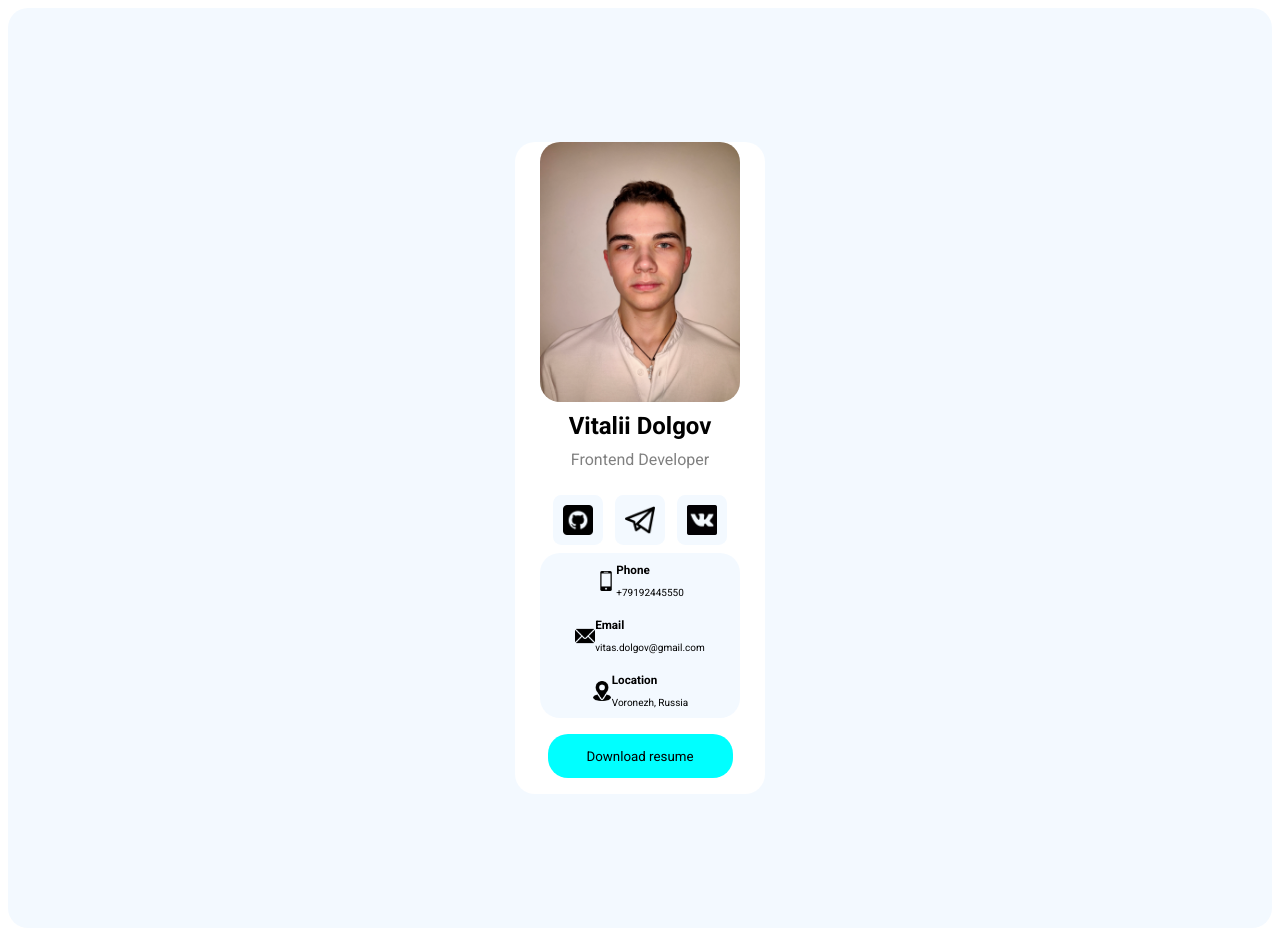
Repository: VitasYo/User_card
Page: src/index.html
The author's editor kept a copy of each file at every save. The page is drawn from the files as they stood at one save, then again after a run of saves.
The browser window is 1280 px wide. The pictures show the whole page.

Above is the page before, as saved 2024-04-09 23:31:32.

### src/index.html
<!DOCTYPE html>
<html lang="ru">
  <head>
    <meta charset="UTF-8" />
    <meta name="viewport" content="width=device-width, initial-scale=1.0" />
    <title>First html</title>
    <link rel="stylesheet" href="../assets/css/index.css" />
    <script src="script.js"></script>
  </head>
  <body>
    <section class="container">
      <div class="container_card">
        <img class="avatar" src="../assets/img/Фото.jpg" alt="" />
        <div class="user-info">
          <h1>Vitalii Dolgov</h1>
          <div class="position">Frontend Developer</div>
        </div>
        <div>
          <a href="#"
            ><img class="icon" src="../assets/img/github.png" alt="github"
          /></a>
          <a href="#"
            ><img class="icon" src="../assets/img/telegram.png" alt="telegram"
          /></a>
          <a href="#"
            ><img class="icon" src="../assets/img/vk.png" alt="vk"
          /></a>
        </div>
        <div class="items_card">
          <div class="items_string">
            <img class="card_icon" src="../assets/img/phone.png" />
            <div class="card_info">
              <div><h3>Phone</h3></div>
              <div><p>+79192445550</p></div>
            </div>
          </div>
          <div class="items_string">
            <img class="card_icon" src="../assets/img/email.png" />
            <div class="card_info">
              <div><h3>Email</h3></div>
              <div><p>vitas.dolgov@gmail.com</p></div>
            </div>
          </div>
          <div class="items_string">
            <img class="card_icon" src="../assets/img/location.png" />
            <div class="card_info">
              <div><h3>Location</h3></div>
              <div><p>Voronezh, Russia</p></div>
            </div>
          </div>
        </div>
        <button class="button">Download resume</button>
      </div>
    </section>
  </body>
</html>

### assets/css/index.css
@import url("https://fonts.googleapis.com/css2?family=Roboto:ital,wght@0,100;0,300;0,400;0,500;0,700;0,900;1,100;1,300;1,400;1,500;1,700;1,900&display=swap");
* {
  font-family: "Roboto", sans-serif;
}

.container h1 {
  margin-top: 10px;
  margin-bottom: 0;
}

.container h3 {
  margin-top: 10px;
  margin-bottom: 0;
}

.container {
  display: flex;
  flex-direction: column;
  align-items: center;
  background-color: rgb(243, 249, 255);
  border-radius: 20px;
  height: 920px;
  justify-content: center;
}

.container_card {
  display: flex;
  flex-direction: column;
  align-items: center;
  background-color: white;
  border-radius: 20px;
  width: 250px;
}

.position {
  color: gray;
}

.avatar {
  width: 200px;
  height: 260px;
  border-radius: 20px;
}

.user-info {
  margin-bottom: 22px;
  display: flex;
  flex-direction: column;
  align-items: center;
  gap: 10px;
}

.icon {
  width: 30px;
  height: 30px;
  padding: 10px;
  background-color: rgb(243, 249, 255);
  border-radius: 8.27px;
  margin: 4px;
}

.card_icon {
  width: 20px;
  height: 20px;
}

.items_card {
  background-color: rgb(243, 249, 255);
  border-radius: 20px;
  width: 200px;
}

.items_string {
  justify-content: center;
  align-items: center;
  display: flex;
  border-bottom: 1px;
  border-width: 1px;
}

.card_info {
  font-size: 10px;
  width: ;
}

.button {
  margin: 16px 0;
  background-color: aqua;
  border-radius: 20px;
  border-width: 0;
  width: 185px;
  height: 44px;
  cursor: pointer;
}

Loaded but not shown: src/script.js (no stored copy; drawn as an empty file)

After the next 2 saves:
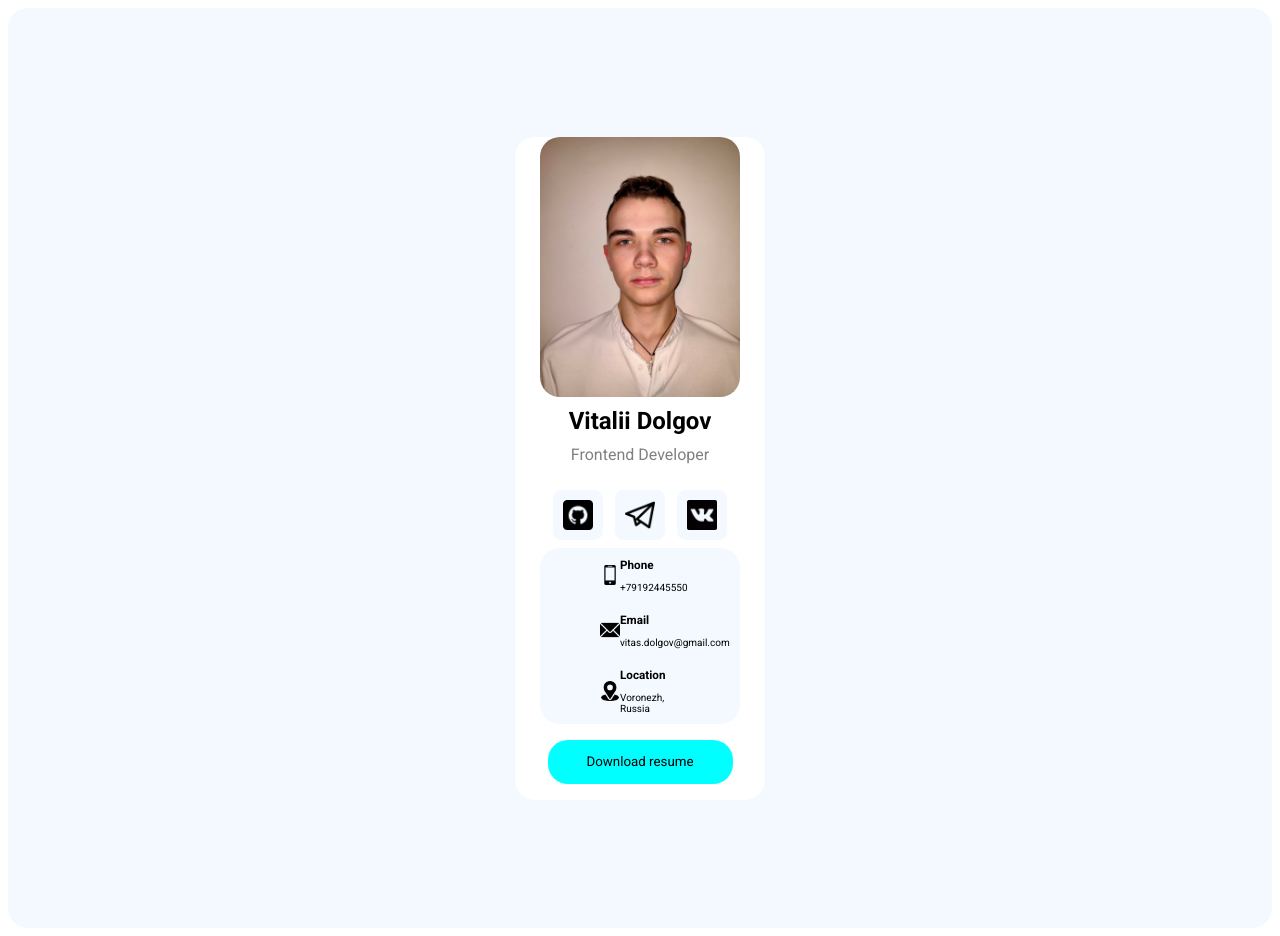
The 2 saves are shown as one change because they came seconds apart.
The last was saved 9 s later.
--- a/assets/css/index.css
+++ b/assets/css/index.css
@@ -80,7 +80,7 @@
 
 .card_info {
   font-size: 10px;
-  width: ;
+  width: 60px;
 }
 
 .button {
